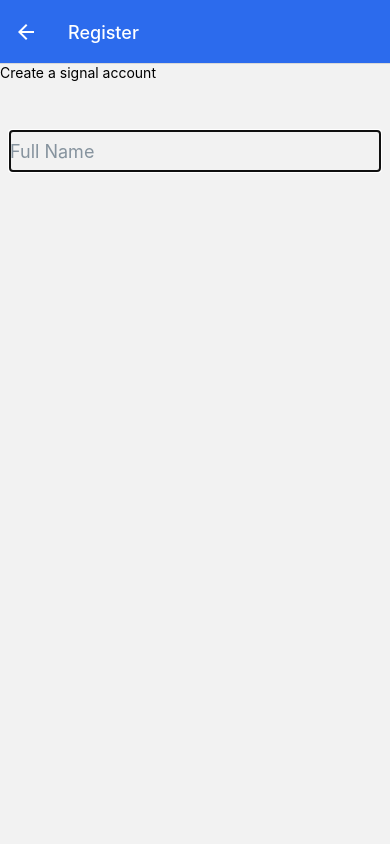
Repository: TheBoringBOT/signal-clone-reactnative-learn
Screen: /Register
These files come from the project's save history. The screen is drawn as it stood at one moment and after the next save; the edit follows.
The app was drawn by React Native's web renderer in a window 390 px wide. The project was rebuilt for these pictures with package versions that can differ from the ones it lists, and the page was loaded fresh each time.

Above is the screen before, as saved 2022-01-23 19:11:09.

### App.js
import { StatusBar } from "expo-status-bar";
import { StyleSheet, Text, View } from "react-native";
import { NavigationContainer } from "@react-navigation/native";
import { createNativeStackNavigator } from "@react-navigation/native-stack";

//Screen Imports
import LoginScreen from "./screens/LoginScreen";
import RegisterScreen from "./screens/RegisterScreen";

const Stack = createNativeStackNavigator();

const globalScreenOptions = {
  headerStyle: { backgroundColor: "#2c6bed" },
  headTitleStyle: { color: "white" },
  headerTintColor: "white",
};

export default function App() {
  return (
    <NavigationContainer>
      <Stack.Navigator screenOptions={globalScreenOptions}>
        <Stack.Screen name="Login" component={LoginScreen} />
        <Stack.Screen name="Register" component={RegisterScreen} />
      </Stack.Navigator>
    </NavigationContainer>
  );
}

const styles = StyleSheet.create({
  container: {
    flex: 1,
    backgroundColor: "#fff",
    alignItems: "center",
    justifyContent: "center",
  },
});

### screens/LoginScreen.js
import { StyleSheet, Text, View, KeyboardAvoidingView } from "react-native";
import React, { useState } from "react";
import { Button, Input, Image } from "react-native-elements";
import { StatusBar } from "expo-status-bar";

const LoginScreen = ({ navigation }) => {
  const [email, setEmail] = useState("");
  const [password, setPassword] = useState("");

  const signIn = () => {};

  return (
    <KeyboardAvoidingView behavior="padding" style={styles.container}>
      <StatusBar style="light" />
      <Image
        source={{
          uri: "https://blog.mozilla.org/internetcitizen/files/2018/08/signal-logo.png",
        }}
        style={{ width: 200, height: 200 }}
      />

      <View style={styles.inputContainer}>
        <Input
          placeholder="Email"
          autoFocus
          type="email"
          value={email}
          onChangeText={(text) => setEmail(text)}
        />
        <Input
          placeholder="Password"
          type="password"
          secureTextEntry
          value={password}
          onChangeText={(text) => setPassword(text)}
        />
        <Button containerStyle={styles.button} onPress={signIn} title="Login" />
        <Button
          onPress={() => navigation.navigate("Register")}
          containerStyle={styles.button}
          type="outline"
          title="Register"
        />
        <View style={{ height: 100 }} />
      </View>
    </KeyboardAvoidingView>
  );
};

export default LoginScreen;

const styles = StyleSheet.create({
  container: {
    flex: 1,
    alignItems: "center",
    justifyContent: "center",
    padding: 10,
    backgroundColor: "white",
  },
  inputContainer: { width: 300 },
  button: { width: 200, marginTop: 10, margin: "auto" },
});

### screens/RegisterScreen.js
import { StyleSheet, Text, View } from "react-native";
import React, { useState } from "react";
import { KeyboardAvoidingView } from "react-native-web";
import { Button, Input } from "react-native-elements";
import { StatusBar } from "expo-status-bar";

const RegisterScreen = ({ navigation }) => {
  const [name, setName] = useState("");
  return (
    <KeyboardAvoidingView behavior="padding" style={styles.container}>
      <StatusBar style="light" />
      <Text h3 style={{ marginBottom: 50 }}>
        Create a signal account
      </Text>

      <View style={styles.inputContainer}>
        <Input
          placeholder="Full Name"
          autoFocus
          value={name}
          type="text"
          onChangeText={(text) => setName(text)}
        />
      </View>
    </KeyboardAvoidingView>
  );
};

export default RegisterScreen;

const styles = StyleSheet.create({ container: {}, inputContainer: {} });

After the next save:
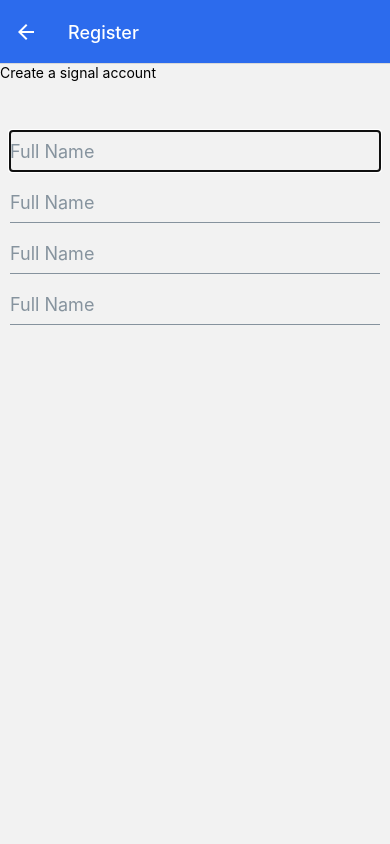
Saved 22 s later.
--- a/screens/RegisterScreen.js
+++ b/screens/RegisterScreen.js
@@ -21,6 +21,24 @@ const RegisterScreen = ({ navigation }) => {
           type="text"
           onChangeText={(text) => setName(text)}
         />
+        <Input
+          placeholder="Full Name"
+          value={name}
+          type="text"
+          onChangeText={(text) => setName(text)}
+        />
+        <Input
+          placeholder="Full Name"
+          value={name}
+          type="text"
+          onChangeText={(text) => setName(text)}
+        />
+        <Input
+          placeholder="Full Name"
+          value={name}
+          type="text"
+          onChangeText={(text) => setName(text)}
+        />
       </View>
     </KeyboardAvoidingView>
   );
